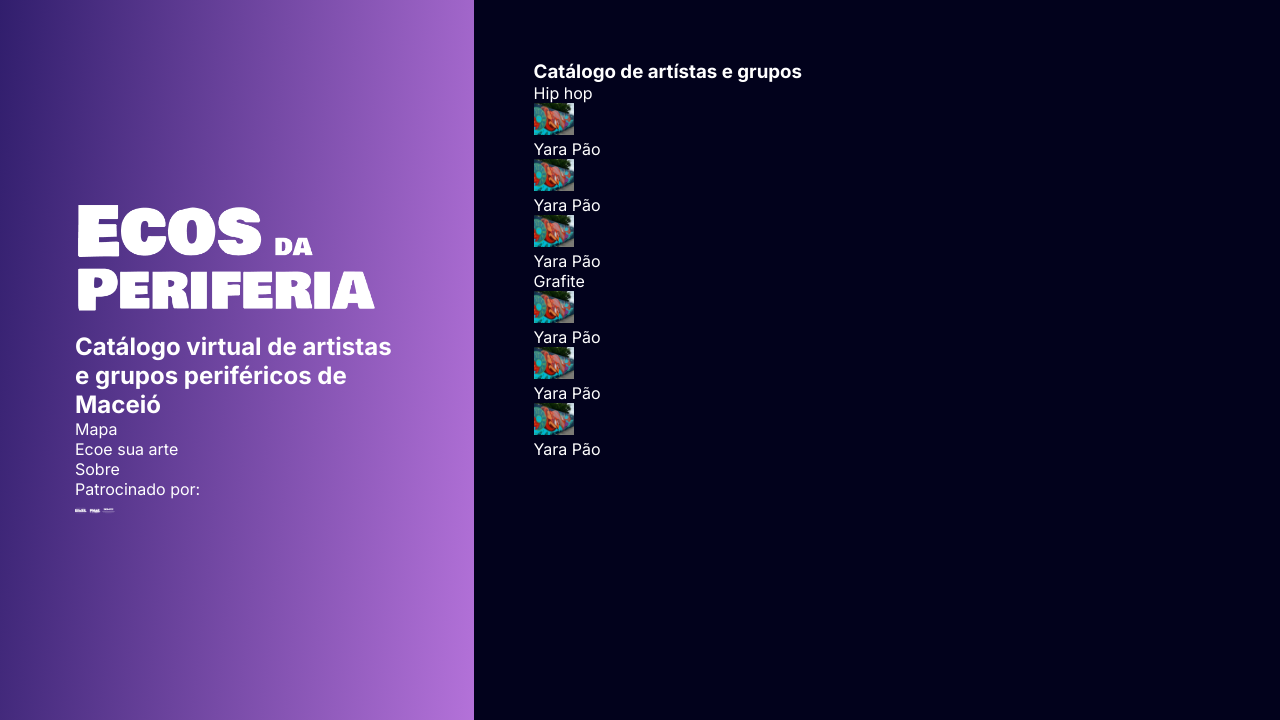
Repository: lucasthaynan/ecos-da-periferia
Page: index.html
The author's editor kept a copy of each file at every save. The page is drawn from the files as they stood at one save, then again after the next save.
The browser window is 1280 px wide. The pictures show the whole page.

Above is the page before, as saved 2025-11-11 17:50:36.

After the next save:
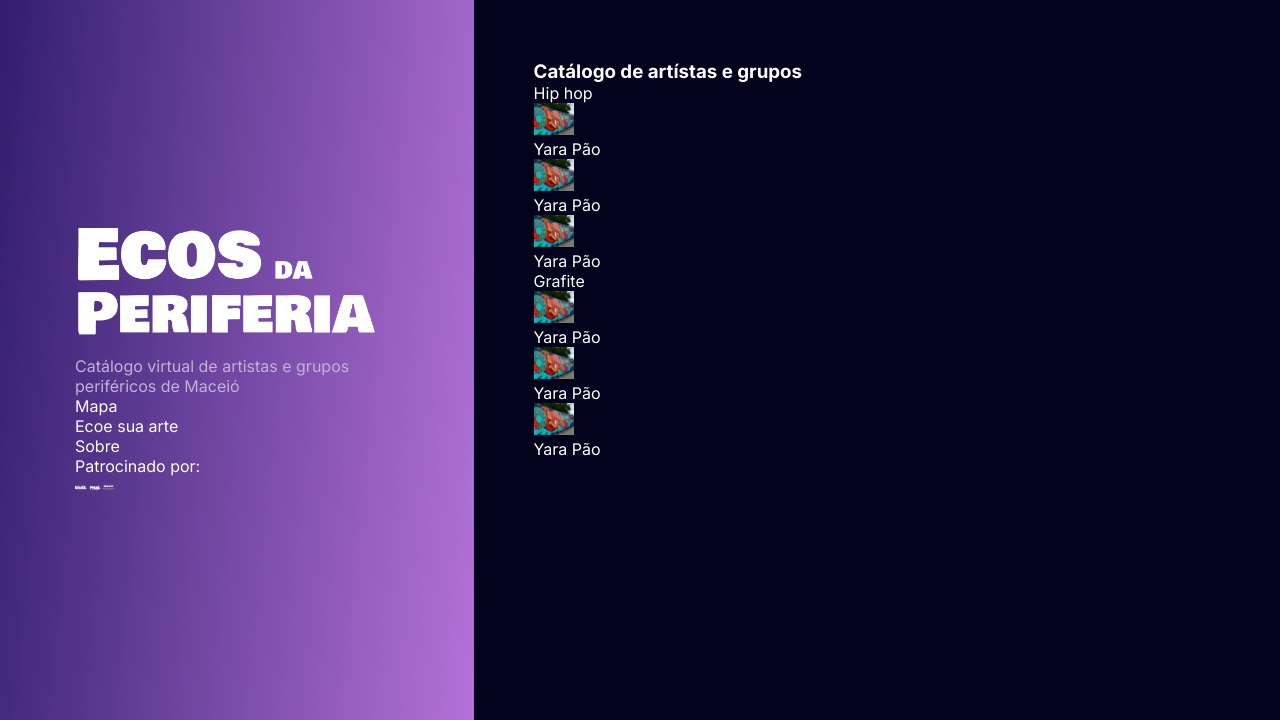
Saved 37 s later.
--- a/style.css
+++ b/style.css
@@ -53,3 +53,9 @@
 img.logo-ecos {
     width: 300px;
 }
+
+h2 {
+    font-size: 16px;
+    font-weight: 400;
+    color: var(--font-color);
+}
